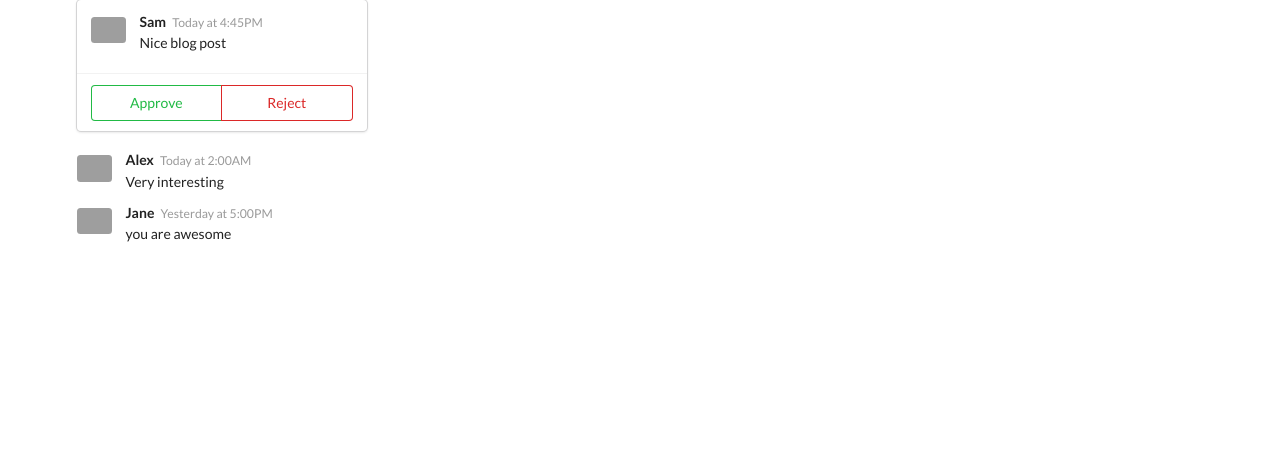
Repository: EgorSherstnev/Components
Page: /
The author's editor kept a copy of each file at every save. The page is drawn from the files as they stood at one save, then again after the next save.
The browser window is 1280 px wide. The pictures show the whole page.
Pictures or frames that could not be fetched are drawn as grey boxes. The project was rebuilt for these pictures with package versions that can differ from the ones it lists, and the page was loaded fresh each time.

Above is the page before, as saved 2022-09-19 22:38:42.

After the next save:
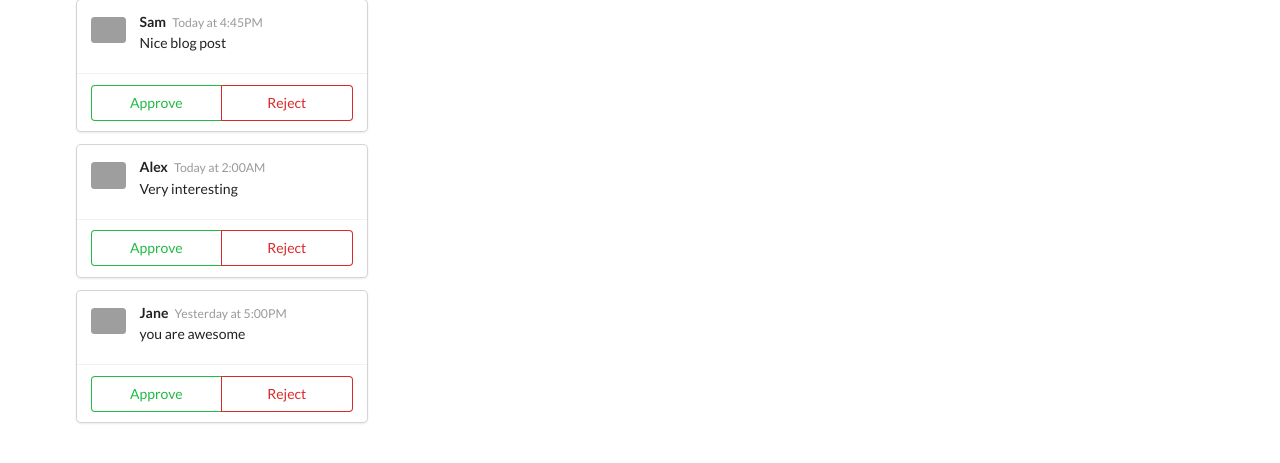
Saved 14 min 52 s later.
--- a/src/index.js
+++ b/src/index.js
@@ -14,16 +14,20 @@ const App = () => {
                     content="Nice blog post"
                     avatar={faker.image.avatar()} />
           </ApprovalCard>
-           <CommentDetail
-                author="Alex"
-                timeAgo="Today at 2:00AM"
-                content="Very interesting"
-                avatar={faker.image.avatar()} />
-           <CommentDetail
-                author="Jane"
-                timeAgo="Yesterday at 5:00PM"
-                content="you are awesome"
-                avatar={faker.image.avatar()} />
+          <ApprovalCard>
+               <CommentDetail
+                    author="Alex"
+                    timeAgo="Today at 2:00AM"
+                    content="Very interesting"
+                    avatar={faker.image.avatar()} />
+          </ApprovalCard>
+          <ApprovalCard>
+               <CommentDetail
+                    author="Jane"
+                    timeAgo="Yesterday at 5:00PM"
+                    content="you are awesome"
+                    avatar={faker.image.avatar()} />
+          </ApprovalCard>
         </div>
     );
 };
